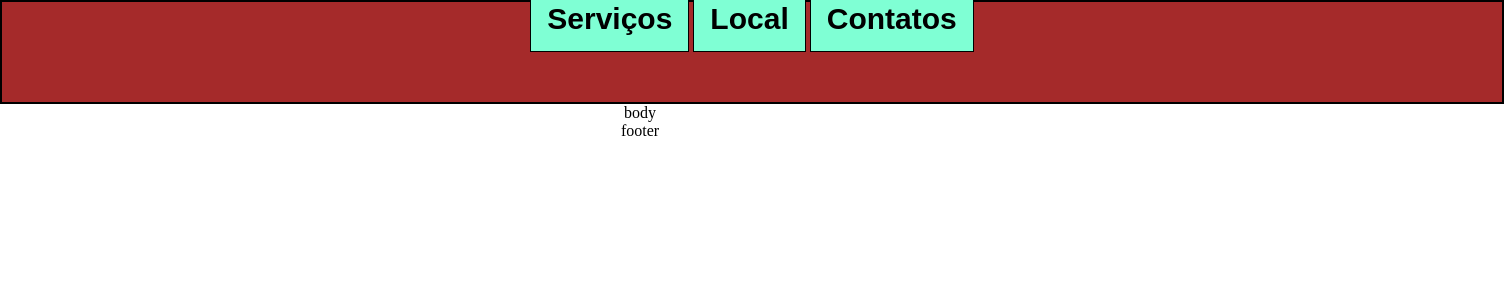
Repository: marllon-hetzler/Site-Salvatore-Barbearia
Page: home.html
The author's editor kept a copy of each file at every save. The page is drawn from the files as they stood at one save, then again after the next save.
The browser window is 1280 px wide. The page is 1504 px wide, so the pictures cover 1504 px, including what lies to the right of the window. The pictures show the whole page.

Above is the page before, as saved 2023-02-18 14:13:17.

After the next save:
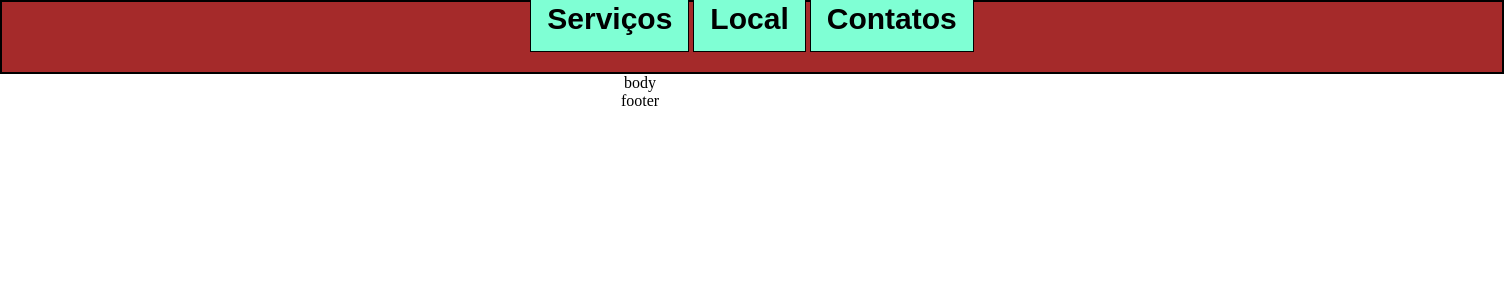
Saved 23 s later.
--- a/home.html
+++ b/home.html
@@ -15,7 +15,7 @@
     }
     header{
         width: 1500px;
-        height: 100px;
+        height: 70px;
         display: inline-block;
         background-color: brown;
         border: 2px solid black;
